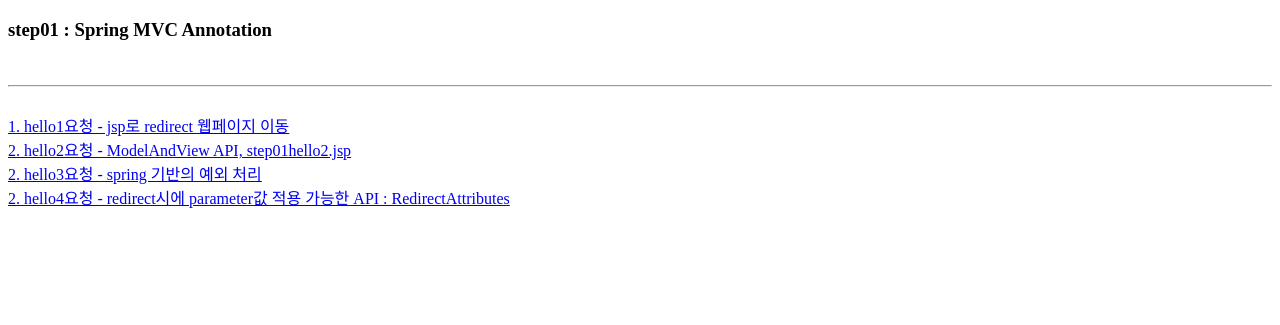
Repository: Encore-Playdata-Course/Spring
Page: step09_SpringMVC/WebContent/step01.html
An editor plug-in stored every save of this project. The page is shown before and after the next save, followed by the edit.
The browser window is 1280 px wide. The pictures show the whole page.

Above is the page before, as saved 2021-01-29 03:35:05.

### step09_SpringMVC/WebContent/step01.html
<!DOCTYPE html>
<html>
<head>
<meta charset="EUC-KR">
<title>Insert title here</title>
<style type="text/css">
/* a link 삭제 */
a {
	text -decoration : none;
}
</style>
</head>
<body>

	<h3>step01 : Spring MVC Annotation</h3>

	<br><hr><br>

	<a href="hello1">1. hello1요청 - jsp로 redirect 웹페이지 이동</a> <br>
	<a href="hello2">2. hello2요청 - ModelAndView API, step01hello2.jsp</a><br>
	<a href="hello3">2. hello3요청 - spring 기반의 예외 처리</a><br>
	<a href="hello4">2. hello4요청 - redirect시에  parameter값 적용 가능한 API : RedirectAttributes</a><br>
</body>
</html>

After the next save:
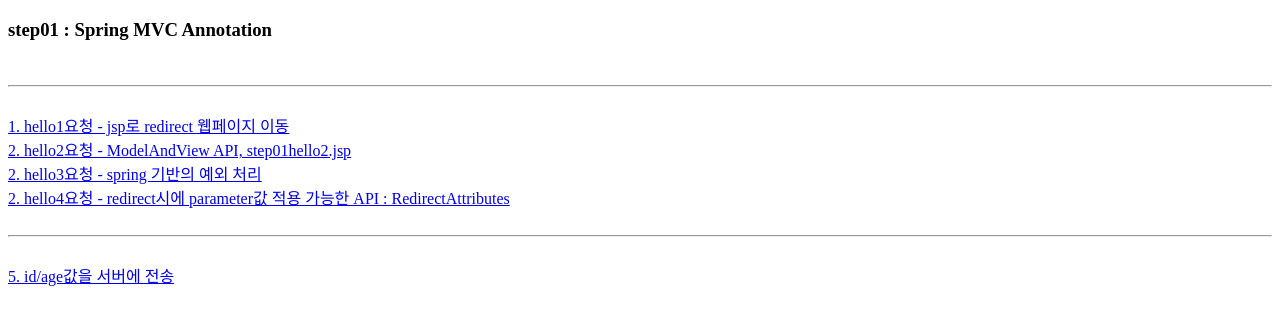
Saved 20 s later.
--- a/step09_SpringMVC/WebContent/step01.html
+++ b/step09_SpringMVC/WebContent/step01.html
@@ -20,5 +20,8 @@ a {
 	<a href="hello2">2. hello2요청 - ModelAndView API, step01hello2.jsp</a><br>
 	<a href="hello3">2. hello3요청 - spring 기반의 예외 처리</a><br>
 	<a href="hello4">2. hello4요청 - redirect시에  parameter값 적용 가능한 API : RedirectAttributes</a><br>
+
+	<br><hr><br>
+	<a href="hello5?id=tester&age=10">5. id/age값을 서버에 전송</a> <br>
 </body>
 </html>
